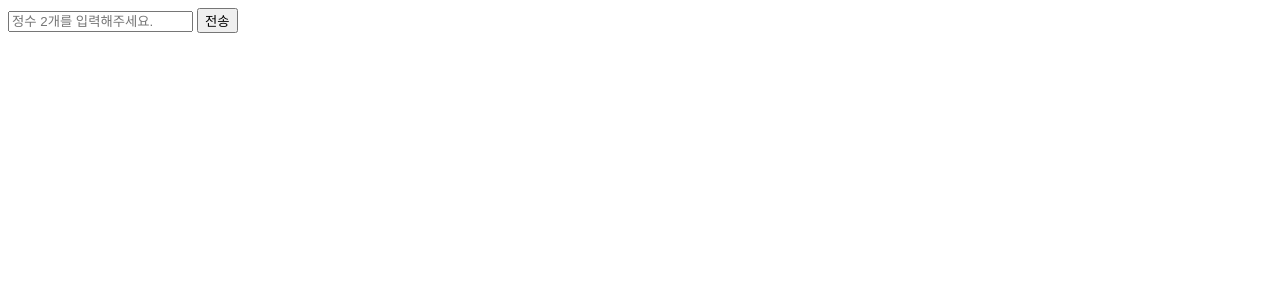
Repository: mingzzang666/study-jsp
Page: http://localhost/a-intro/ex02
These files come from the project's save history. The page is drawn as it stood at one moment and after the next save; the edit follows.
The browser window is 1280 px wide. The pictures show the whole page.
The page is served by Tomcat 10. Other server files are loaded and not shown.

Above is the page before, as saved 2025-07-28 03:02:46.
Console error: ReferenceError: button is not defined

### workspace/a-intro/src/main/webapp/ex02.jsp
<%@ page language="java" contentType="text/html; charset=UTF-8"
    pageEncoding="UTF-8"%>
<!DOCTYPE html>
<html>
<head>
<meta charset="UTF-8">
<title>Ex02</title>
</head>
<body>
   <form action="ex02" method="post" name="addForm">
      <input type="text" name="number" placeholder="정수 2개를 입력해주세요.">
      <input type="button" value="전송">
   </form>
</body>
<script>
   const input = addForm.number;
	   button.addEventListener("click", (e) => {
			addForm.submit();
	   });
</script>
</html>

### workspace/a-intro/src/main/java/com/app/ex/Ex02.java
package com.app.ex;

import java.io.IOException;

import jakarta.servlet.ServletException;
import jakarta.servlet.http.HttpServlet;
import jakarta.servlet.http.HttpServletRequest;
import jakarta.servlet.http.HttpServletResponse;

public class Ex02 extends HttpServlet {

	@Override
	protected void doGet(HttpServletRequest req, HttpServletResponse resp) throws ServletException, IOException {
		req.getRequestDispatcher("/ex02.jsp").forward(req, resp);
		System.out.println(req.getRequestDispatcher("/ex02.jsp"));
	}

	@Override
	protected void doPost(HttpServletRequest req, HttpServletResponse resp) throws ServletException, IOException {
			String number1= req.getParameter("number");
			String number2 = req.getParameter("number2");
			resp.sendRedirect(req.getContextPath() + "ex02-result?number=");


	}

}

After the next save:
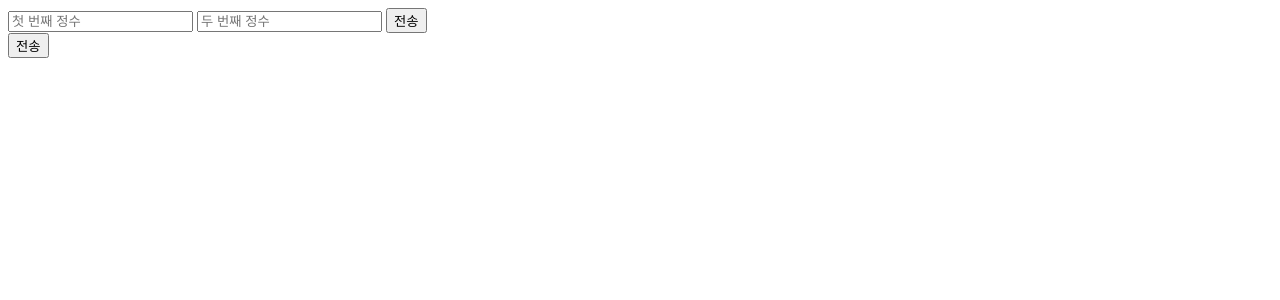
Saved 96 s later.
--- a/workspace/a-intro/src/main/webapp/ex02.jsp
+++ b/workspace/a-intro/src/main/webapp/ex02.jsp
@@ -7,8 +7,11 @@
 <title>Ex02</title>
 </head>
 <body>
-   <form action="ex02" method="post" name="addForm">
-      <input type="text" name="number" placeholder="정수 2개를 입력해주세요.">
+<form action="ex02" method="post" name="addForm">
+   <input type="text" name="num1" placeholder="첫 번째 정수">
+   <input type="text" name="num2" placeholder="두 번째 정수">
+   <input type="button" value="전송">
+</form>
       <input type="button" value="전송">
    </form>
 </body>
